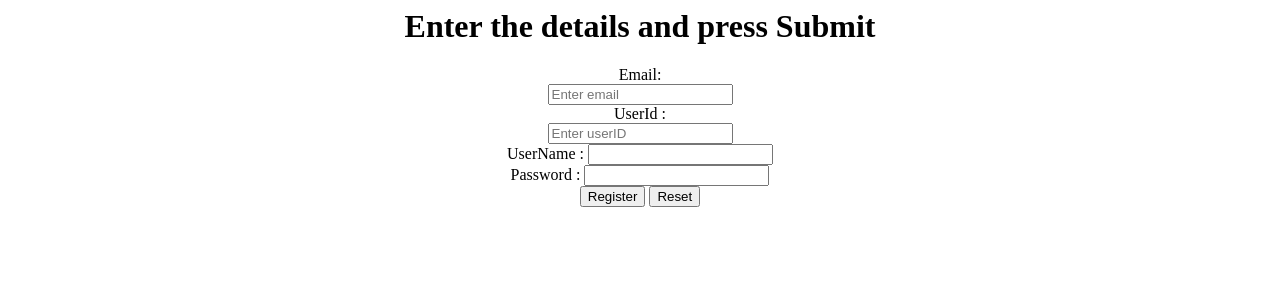
Repository: JamesArul/CLBSiteSTMT
Page: StudentsMeetFrontEnd/WebContent/User/Register.html
These files come from the project's save history. The page is drawn as it stood at one moment and after the next save; the edit follows.
The browser window is 1280 px wide. The pictures show the whole page.

Above is the page before, as saved 2017-05-30 09:05:29.

After the next save:
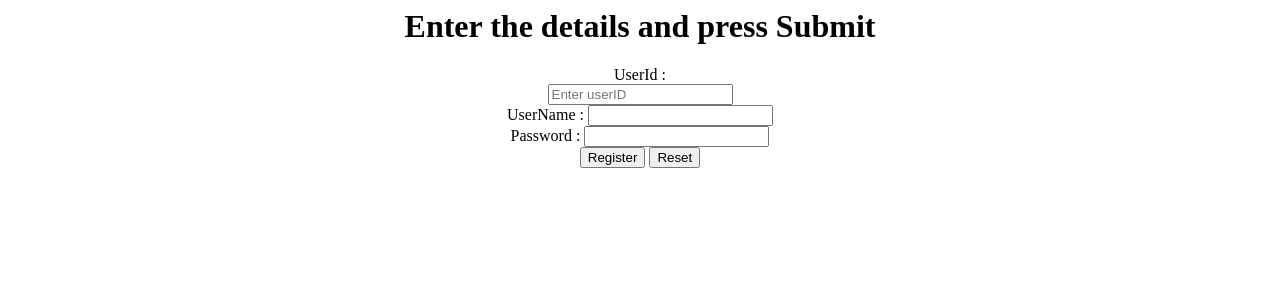
Saved 11 s later.
--- a/StudentsMeetFrontEnd/WebContent/User/Register.html
+++ b/StudentsMeetFrontEnd/WebContent/User/Register.html
@@ -2,12 +2,6 @@
 <center><h1>Enter the details and press Submit</h1></center>
 <center>
 <form ng-submit="ctrl.submit()" class="form-horizontal">
-<div class="form-group">
-    <label class="control-label col-sm-2" for="email">Email:</label>
-    <div class="col-sm-10">
-      <input type="email" class="form-control" id="email" placeholder="Enter email">
-    </div>
-  </div>
   <div class="form-group">
     <label class="control-label col-sm-2" for="userid">UserId :</label>
     <div class="col-sm-10">
